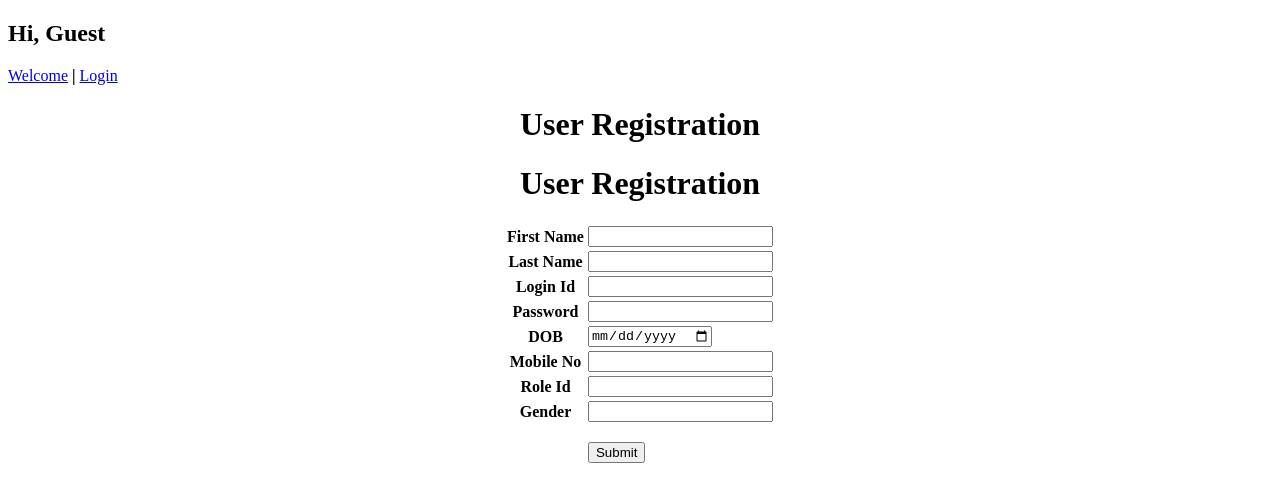
Repository: Ajay12Ajay/Advance_Java
Page: http://localhost/Advance_Web_Project/UserRegistrationView.jsp
These files come from the project's save history. The page is drawn as it stood at one moment and after the next save; the edit follows.
The browser window is 1280 px wide. The pictures show the whole page.
The page is served by Tomcat 9. Nobody is signed in. The application's start-up code is not run. Other server files are loaded and not shown.

Above is the page before, as saved 2025-07-28 09:42:47.

### Advance_Web_Project/WebContent/UserRegistrationView.jsp
<%@ page language="java" contentType="text/html; charset=UTF-8"
	pageEncoding="UTF-8"%>
<!DOCTYPE html>
<html>
<head>
<meta charset="UTF-8">
<title>User Registration</title>
</head>
<body>
	<%@ include file="Header.jsp"%>

	<%
		String success = (String) request.getAttribute("success");
		String error = (String) request.getAttribute("error");
	%>

	<div align="center">

		<h1>User Registration</h1>
		<%
			if (success != null) {
		%>
		<h3>
			<font color="green"><%=success%></font>
		</h3>

		<%
			}
		%>
		<%
			if (error != null) {
		%>
		<h3>
			<font color="red"><%=error%></font>
		</h3>

		<%
			}
		%>
		<form action="UserRegistrationCtl" method="post">
			<h1>User Registration</h1>
			<table>
				<tr>
					<th>First Name</th>
					<td><input type="text" name="firstName"></td>
				</tr>
				<tr>
					<th>Last Name</th>
					<td><input type="text" name="lastName"></td>
				</tr>
				<tr>
					<th>Login Id</th>
					<td><input type="text" name="loginId"></td>
				</tr>
				<tr>
					<th>Password</th>
					<td><input type="text" name="password"></td>
				</tr>
				<tr>
					<th>DOB</th>
					<td><input type="date" name="dob"></td>
				</tr>
				<tr>
					<th>Mobile No</th>
					<td><input type="text" name="mobileNo"></td>
				</tr>
				<tr>
					<th>Role Id</th>
					<td><input type="text" name="roleId"></td>
				</tr>
				<tr>
					<th>Gender</th>
					<td><input type="text" name="gender"></td>
				</tr>
				<tr>
					<td><input type="hidden" name="createdBy"></td>
				</tr>
				<tr>

					<td><input type="hidden" name="modifiedBy"></td>
				</tr>
				<tr>
					<td><input type="hidden" name="createdDatetime"></td>
				</tr>
				<tr>
					<td><input type="hidden" name="createdDatetime"></td>
				</tr>
				<tr>
					<th></th>
					<td><input type="submit" name="signUp"></td>
				</tr>
			</table>
		</form>
	</div>
</body>
</html>

### Advance_Web_Project/WebContent/Header.jsp
<%@ page language="java" contentType="text/html; charset=UTF-8"
	pageEncoding="UTF-8"%>
<!DOCTYPE html>
<html>
<head>
<meta charset="UTF-8">
<title>Insert title here</title>
</head>
<body>

	<div>
		<h2>Hi, Guest</h2>
		<a href="WelcomeCtl">Welcome</a>
		<b>|</b>
		<a href="LoginCtl">Login</a>
	</div>

</body>
</html>

After the next save:
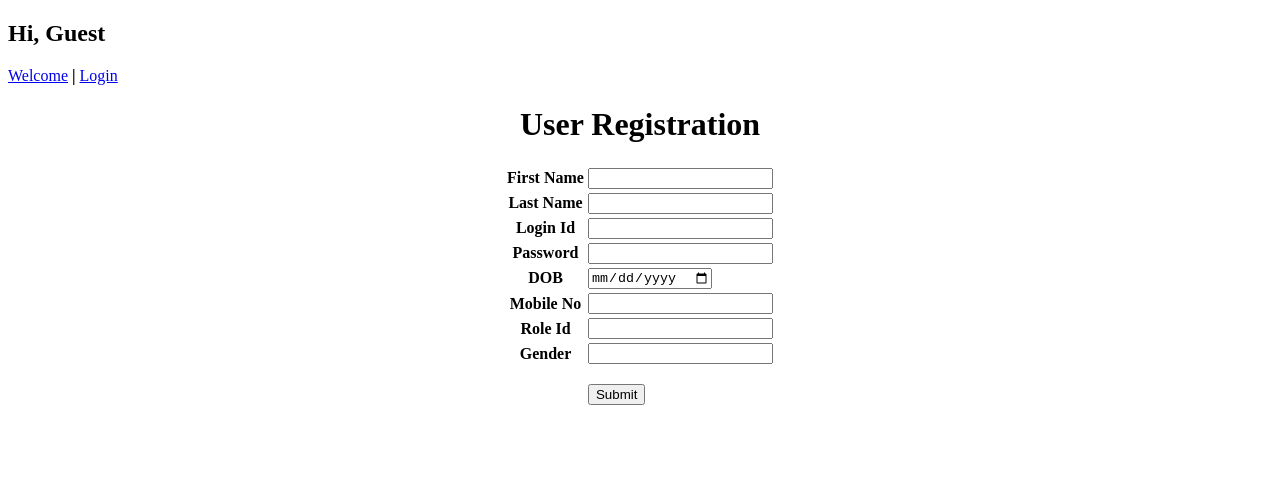
Saved 73 s later.
--- a/Advance_Web_Project/WebContent/UserRegistrationView.jsp
+++ b/Advance_Web_Project/WebContent/UserRegistrationView.jsp
@@ -38,7 +38,7 @@
 			}
 		%>
 		<form action="UserRegistrationCtl" method="post">
-			<h1>User Registration</h1>
+
 			<table>
 				<tr>
 					<th>First Name</th>
